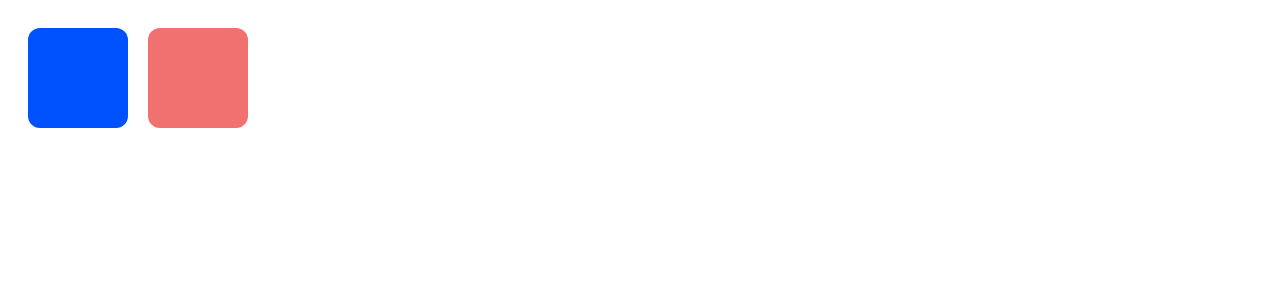
Repository: 16-Doffy/howtouse-htmlcss
Page: HSL_Color/index.html
An editor plug-in stored every save of this project. The page is shown before and after the next save, followed by the edit.
The browser window is 1280 px wide. The pictures show the whole page.

Above is the page before, as saved 2024-12-19 23:49:56.

### HSL_Color/index.html
<!DOCTYPE html>
<html lang="en">
<head>
    <meta charset="UTF-8">
    <meta name="viewport" content="width=device-width, initial-scale=1.0">
    <link rel="stylesheet" href="styles.css">
    <title>Document</title>
</head>
<body>
    <div class="boxed-list">
        <div class="boxed-item boxed-primary"></div>
        <div class="boxed-item boxed-shade1"></div>
        <div class="boxed-shade2"></div>
    </div>
</body>
</html>

### HSL_Color/styles.css
:root {
    --primary-s: 100%;  /* Set saturation to 100% for visible color */
    --primary-h: 221;   /* Hue value */
    --primary-l: 50%;   /* Lightness */
}

body {
    padding: 20px;
}

.boxed-list {
    display: flex;
    align-items: center;
    gap: 20px;
}

.boxed-item {
    width: 100px;
    aspect-ratio: 1;
    background-color: hsla(0, 96%, 46%, 0.568); /* This is a different color for demonstration */
    border-radius: 12px;
}

.boxed-primary {
    background-color: hsl(var(--primary-h), var(--primary-s), var(--primary-l));  /* Use updated CSS variables */
}

.boxed-shade1 {
    --primary-l: 52%;
}
/*chỉ cần đổi biến từ root và kéo vào class muốn đổi*/
.boxed-shade2{

    --primary-s: 0%;
    --primary-h: 0;
    --primary-l: 100%;


}

After the next save:
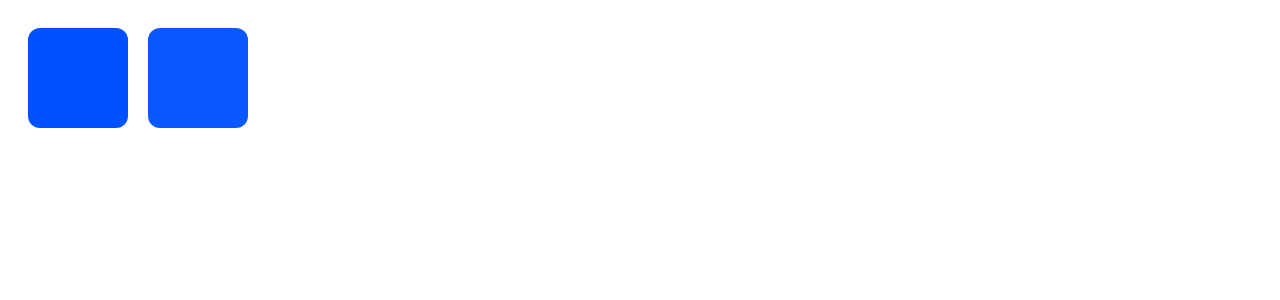
Saved 42 s later.
--- a/HSL_Color/styles.css
+++ b/HSL_Color/styles.css
@@ -27,13 +27,12 @@ body {
 
 .boxed-shade1 {
     --primary-l: 52%;
+    background-color: hsl(var(--primary-h), var(--primary-s), var(--primary-l));  /* Apply changes to background */
 }
-/*chỉ cần đổi biến từ root và kéo vào class muốn đổi*/
-.boxed-shade2{
 
+.boxed-shade2 {
     --primary-s: 0%;
     --primary-h: 0;
     --primary-l: 100%;
-
-
+    background-color: hsl(var(--primary-h), var(--primary-s), var(--primary-l));  /* Apply background color */
 }
